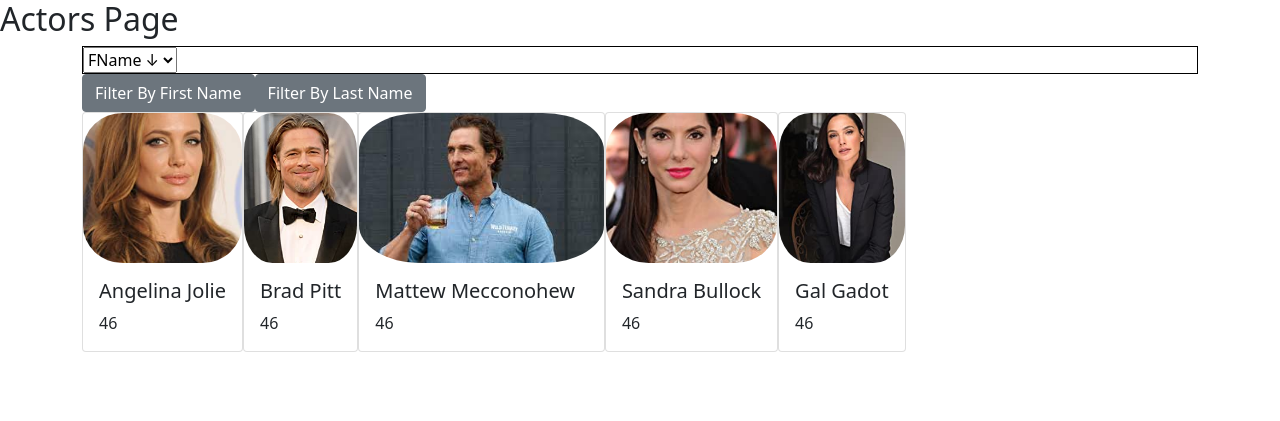
Repository: shuroo/FECourse-react-movieapp
Page: /
The author's editor kept a copy of each file at every save. The page is drawn from the files as they stood at one save, then again after the next save.
The browser window is 1280 px wide. The pictures show the whole page.
The project was rebuilt for these pictures with package versions that can differ from the ones it lists, and the page was loaded fresh each time. Also part of the build but not shown: src/App.css.

Above is the page before, as saved 2021-07-25 19:26:42.

### src/App.js
import logo from './logo.svg';
import './App.css';
import React, { useState } from 'react';
import 'bootstrap/dist/css/bootstrap.min.css';
import ActorsPage from './pages/ActorsPage';

function App() {
    return <ActorsPage / >
};

export default App;

### src/pages/ActorsPage.jsx
import React, { useState } from 'react';
import ActorModel from '../model/ActorModel';
import ImgGallery from "../components/ImgGallery";
import {Button,Row,Container,InputGroup} from 'react-bootstrap';
import InputGroupText  from 'react-bootstrap/InputGroup';
import SortComponent from '../components/SortComponent';

function ActorsPage() {

    const allActors = [ new ActorModel("Angelina", "Jolie", new Date("04/06/1975"), "./angeline.jpg", "https://www.imdb.com/name/nm0001401/"),
    new ActorModel("Brad", "Pitt", new Date("04/06/1975"), "./brad_pitt.jpg", "https://www.imdb.com/name/nm0000093/"),
    new ActorModel("Mattew", "Mecconohew", new Date("04/06/1975"), "./mattehew_mecc.jpeg","https://www.imdb.com/name/nm0000190/"),
    new ActorModel("Sandra", "Bullock", new Date("04/06/1975"), "./sandra_bullock.jpg", "https://www.imdb.com/name/nm0000113/"),
    new ActorModel("Gal", "Gadot", new Date("04/06/1975"), "./gal_gadot.jpg", "https://www.imdb.com/name/nm0000113/")];

    const [actors, setActors] = useState(
        allActors
        )


    // firstName, lastName, birthday, image, imdbLink

    const [filterText, setFilterText] = useState("")
    const [sortCriteria, setSortCriteria] = useState("")

    function filterTextByEvent(e){
        let text = e.target.value;
        setFilterText(text);
        if(text === ""){
            setActors(allActors);
        }
    }
    function filterByFirstName(){
        let actorsFiltered = [...actors].filter(a=>a.firstName.startsWith(filterText));
        setActors(actorsFiltered);
    }

    function filterByLastName(){
        alert();
         setActors(actors.filter(a=>a.lastName.startsWith(filterText)));
    }



    return (
        <div >
            <h2>Actors Page</h2>
            <Container>

            <SortComponent setSortCriteria={setSortCriteria} sortCriteria={sortCriteria} actors={actors} setActors={setActors} />
            <InputGroupText value={filterText} onChange={(e)=>filterTextByEvent(e)}   placeholder="Filter Actors!"></InputGroupText>
            <Button variant="secondary" onClick={filterByFirstName}>Filter By First Name</Button>

            <Button variant="secondary" onClick={filterByLastName}>Filter By Last Name</Button>
            { <Row> <ImgGallery actors={actors}/> </Row> }
            </Container>

        </div>
    );
}

export default ActorsPage;

### src/model/ActorModel.jsx
class ActorModel{

    constructor(firstName, lastName, birthday, image, imdbLink){

        this.firstName = firstName;
        this.lastName = lastName;
        this.birthday = birthday;
        this.image = image;
        this.imdbLink = imdbLink;
        this.age = this.age.bind(this);
    }

    age(){
        var thisyear = new Date().getFullYear();
        var birthyear = this.birthday.getFullYear();
        return (thisyear - birthyear);
    }
}

export default ActorModel;

### src/components/ImgGallery.jsx
import React from "react";
import './CardComponent.css';
import CardComponent from "../components/CardComponent";

function ImgGallery({actors}){

    let actorsHtml = actors.map(act=><CardComponent key={act.firstName+"1"} actor={act}/>)


return(
<div className="gallery">{actorsHtml}</div>

)

}

export default ImgGallery;

### src/components/SortComponent.jsx
import React from "react";
import FormSelect from 'react-bootstrap/Form'

function SortComponent({sortCriteria, actors, setActors,setSortCriteria}){

    function sortBy(){

        if(sortCriteria === "firstName"){
            actors.sort((a,b)=>
            {
                if(a.firstName < b.firstName) { return -1; }
                if(a.firstName > b.firstName) { return 1; }
                return 0;
            })
        }else{
            actors.sort (
                (a,b)=>
            {
                if(a.lastName < b.lastName) { return -1; }
                if(a.lastName > b.lastName) { return 1; }
                return 0;
            })
        }

        console.log(actors);
        setActors(actors);
    }

    return(

<FormSelect style={{border:"1px solid black"}} name="sortBy" value={sortCriteria} onChange={sortBy}  >
 <select>
  <option onSelect={setSortCriteria} value="firstName">FName &#8595;</option>
  <option onSelect={setSortCriteria} value="lastName">LName &#8593;</option>
  </select>
</FormSelect>

)}

export default SortComponent;

### src/components/CardComponent.css
.actorImg {
    border-radius: 25%;
    object-fit: cover;
    height: 150px;
}

.col {
    display: flex;
    justify-content: space-around;
    align-items: flex-start;
    flex-basis: 15%;
}

.gallery {
    display: flex;
    align-items: center;
}

### src/components/CardComponent.jsx
import React from "react";
import './CardComponent.css';
import Card from 'react-bootstrap/Card'

function CardComponent({actor}) {

	return (

<Card>
<Card.Img variant="top actorImg" src={actor.image} alt={actor.firstName+" "+actor.lastName} />
<Card.Body>
  <Card.Title>{actor.firstName} {actor.lastName}</Card.Title>
  <Card.Text>
  {actor.age()}
    </Card.Text>

</Card.Body>
</Card>
	)
}

export default CardComponent;

Loaded but not shown: public/index.html (common file); src/index.js (common file); src/index.css (common file); src/reportWebVitals.js (common file)

After the next save:
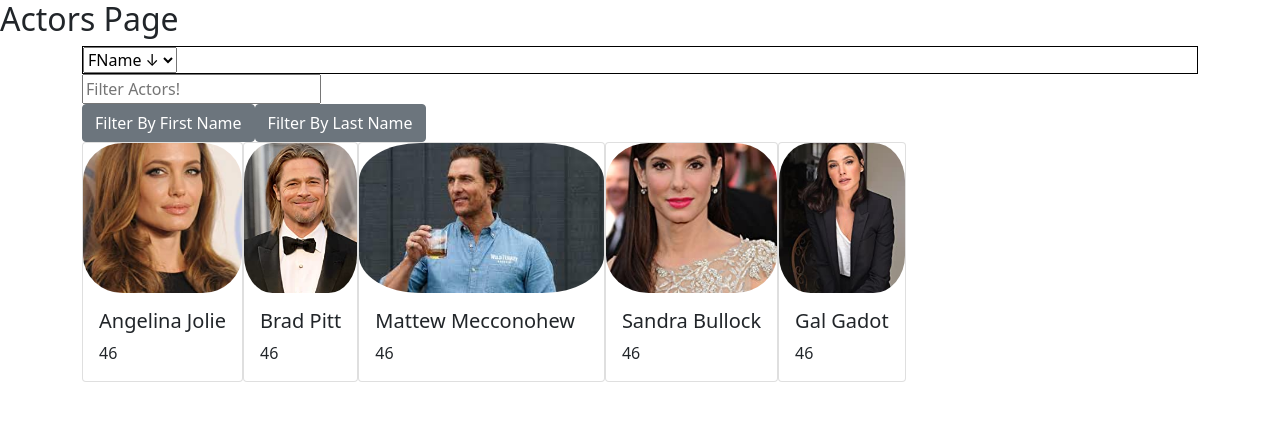
Saved 7 min 24 s later.
--- a/src/pages/ActorsPage.jsx
+++ b/src/pages/ActorsPage.jsx
@@ -48,7 +48,9 @@ function ActorsPage() {
             <Container>
 
             <SortComponent setSortCriteria={setSortCriteria} sortCriteria={sortCriteria} actors={actors} setActors={setActors} />
-            <InputGroupText value={filterText} onChange={(e)=>filterTextByEvent(e)}   placeholder="Filter Actors!"></InputGroupText>
+            <InputGroupText>
+                <input value={filterText} onChange={(e)=>filterTextByEvent(e)}   placeholder="Filter Actors!"></input>
+            </InputGroupText>
             <Button variant="secondary" onClick={filterByFirstName}>Filter By First Name</Button>
 
             <Button variant="secondary" onClick={filterByLastName}>Filter By Last Name</Button>
